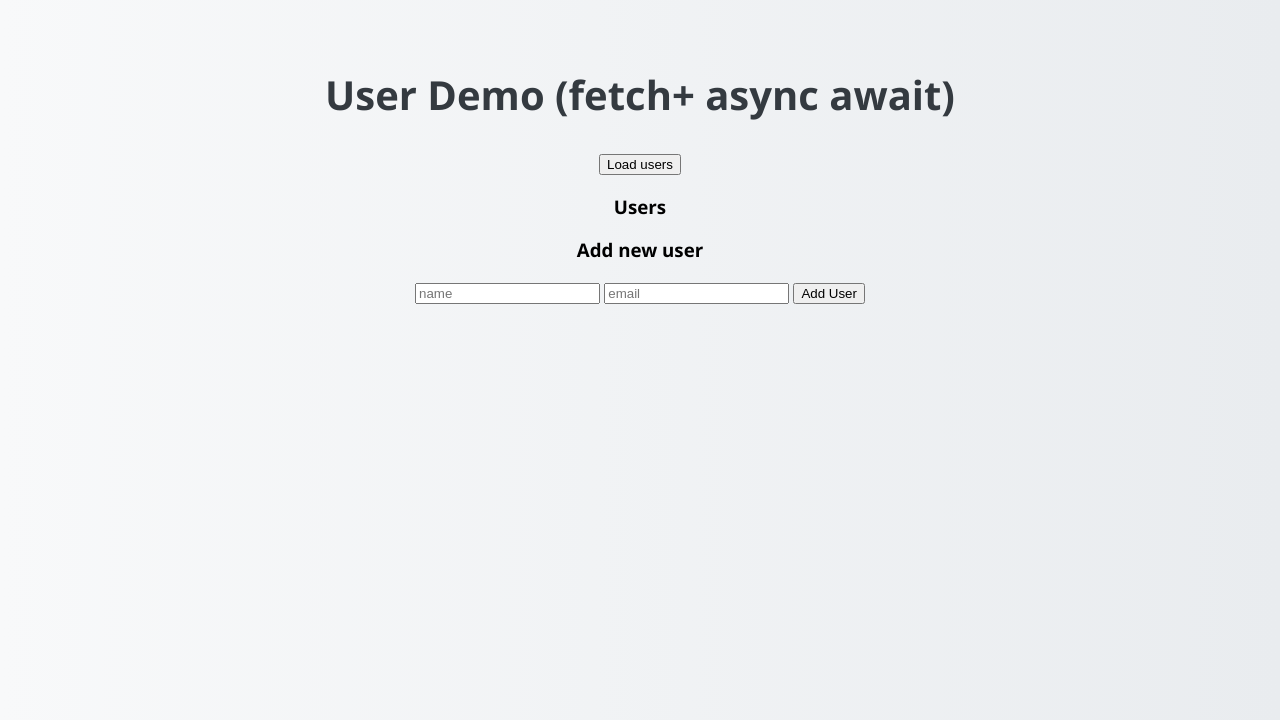
Repository: SiddhantNagaria/Genpact-Training
Page: Java Training/08 first-webmvc/src/main/resources/static/about.html
An editor plug-in stored every save of this project. The page is shown before and after the next save, followed by the edit.
The browser window is 1280 px wide. The pictures show the whole page.

Above is the page before, as saved 2025-11-18 04:47:52.
Console error: TypeError: Cannot read properties of null (reading 'addEventListener')

### Java Training/08 first-webmvc/src/main/resources/static/about.html
<!DOCTYPE html>
<html>
<head>
<meta charset="ISO-8859-1">
<title>User form</title>
<link rel="stylesheet" href="/css/style.css">
</head>
<body>

	<!-- <h1>Welcome to first web page using Spring boot</h1>
	<br> <br>
	<div class="nav-links">
	<a href='/'>Home</a>
	<a href='/form'>Form</a>
	<a href='/formTag'>Form JSP</a>
	<a href='/about'>About</a>
	<a href='/contact'>Contact</a>
	</div> -->

	<!-- <h1>DOM, Events, Query Methods and Listeners</h1>
	<div id="controls">
		<button id="btn-hello" class="btn">Say Hello</button>
		<button id="btn-add" class="btn">Add Item</button>
		<button id="btn-toggle" class="btn">Toggle Input</button>
	</div>

	<form id="demo-form">
		<label for="text-input">Input Something</label> <input id="text-input"
			type="text" />
		<button id="submit-btn" class="btn" type="submit">Submit</button>
	</form>
	<ul id="items-list">
		<li class="item">Item A</li>
		<li class="item">Item B</li>
	</ul>



	<div id="Todo">
		<h2>To Do List</h2>
		<input type="text" id="todoInput" placeholder="type task" />
		<button onClick="addTodo()">Add</button>
		<ul id="todoList">
			<li class="todoItem">Task A</li>
		</ul>
	</div>

		<div class="log" id="log"></div>
 -->




	<h1>User Demo (fetch+ async await)</h1>
	<button id="btnLoad">Load users</button>
	<div id="status"></div>
	<h3>Users</h3>
	<ul id="userslist"></ul>

	<h3>Add new user</h3>

	<form action="" id="addForm">
		<input id="name" type="text" placeholder="name" required> <input
			id="email" type="email" placeholder="email" required>
		<button type="submit">Add User</button>
	</form>

	<div id="result"></div>

	<script src="js/app2.js"></script>
</body>
</html>

### Java Training/08 first-webmvc/src/main/resources/static/css/style.css
body {
	font-family: 'Segoe UI', Tahoma, Geneva, Verdana, sans-serif;
	background: linear-gradient(to right, #f8f9fa, #e9ecef);
	margin: 0;
	padding: 40px;
	text-align: center;
}

h1 {
	color: #343a40;
	font-size: 2.5em;
	margin-bottom: 30px;
}

.nav-links {
	display: flex;
	justify-content: center;
	gap: 20px;
	margin-top: 20px;
}

.nav-links a {
	text-decoration: none;
	padding: 12px 24px;
	background-color: #007bff;
	color: white;
	border-radius: 8px;
	transition: background-color 0.3s ease;
	font-weight: bold;
}

.nav-links a:hover {
	background-color: #0056b3;
}

.contact-form {
	background-color: #ffffff;
	padding: 30px 40px;
	border-radius: 10px;
	box-shadow: 0 4px 12px rgba(0, 0, 0, 0.1);
	width: 100%;
	max-width: 500px;
	position: relative;
}

.contact-form h2 {
	margin-bottom: 20px;
	color: #333;
	text-align: center;
}

.contact-form label {
	display: block;
	margin-bottom: 8px;
	font-weight: bold;
	color: #555;
}

.contact-form input {
	width: 100%;
	padding: 10px;
	margin-bottom: 20px;
	border: 1px solid #ccc;
	border-radius: 6px;
	font-size: 14px;
}

.contact-form button {
	width: 100%;
	padding: 12px;
	background-color: #007bff;
	color: white;
	border: none;
	border-radius: 6px;
	font-size: 16px;
	cursor: pointer;
	transition: background-color 0.3s ease;
}

.contact-form button:hover {
	background-color: #0056b3;
}

.contact-form a {
	color: #007bff;
	text-decoration: none;
}

.contact-form a:hover {
	text-decoration: underline;
}

### Java Training/08 first-webmvc/src/main/resources/static/js/app2.js
/*

	DOM = Document object model

	tree like representation of the html document , - the browser build when it loads the page.
	every html element becomes a node
	Js can read and modify the DOM to change content, structure and style while the page is running

DOM in JS - programming interface for web based documents
	- where each object corresponds to a part of the document - element , attributetext

enabling interactive and dynamic web features

QUery methods - access DOM nodes

*/

document.getElementById
document.getElementsByTagName
document.getElementsByClassName
document.querySelector
document.querySelectorAll

/*
Events -  action that happen in the browser - click, input, submit, mouseover
- event occur - the browser creates an event object => sent to event handlers
*/


/*

event.type		//type of element
event.target 	//actual elemnt that triggered the event
event.currentTarget		//element the handler is attached to
event.preventDefault	// prevent the browser default action
event.stopPropagation			// stop the event moving further


*/
//Event Listeners :

const btnHello = document.getElementById('btn-hello');
const btnAdd = document.querySelector('#btn-add');
const btnToggle = document.querySelector("#btn-toggle");
const form = document.getElementById('demo-form');
const input = document.getElementById('text-input');
const itemList = document.getElementById('items-list');
const log = document.getElementById('log');
const items = document.querySelectorAll('#items-list.item');


function appendLog(message) {
	const time = new Date().toLocaleTimeString();
	log.textContent += `\n[${time} ${message}]\n`;
	log.scrollTop = log.scrollHeight;	// log auto -scrolls
}


//Event listeners

// 	1. hello button click event
btnHello.addEventListener('click', function(ev) {
	appendLog('Hello button clicked');
	alert("Hello from hello button");
});

//	2. Add Item Button - dynamically add list items
btnAdd.addEventListener('click', function(ev) {
	const li = document.createElement("li");
	li.className = 'item';
	li.textContent = 'item' + (itemList.children.length + 1);
	itemList.appendChild(li);
	appendLog('Added : ' + li.textContent);
});

//	3. Toggle (show hide) input visibility

btnToggle.addEventListener('click', () => {
	/*if (input.classList.contains('hidden')) {
		input.classList.remove('hidden');
		appendLog('input shown');
	} else {
		input.classList.add('hidden');
		appendLog('input hidden');
	}*/
	if (input.style.display === 'none') {
		input.style.display = 'inline-block';
		appendLog('input shown');
	}
	else {
		input.style.display = 'none';
		appendLog('input hidden');
	}
});

// 4. submit - form submit preventDefault
form.addEventListener('submit', function(event) {
	event.preventDefault();
	const value = input.value.trim();
	if (value) {
		appendLog('form submitted with ' + value);
		input.value = "";
	} else {
		appendLog("form submitted with empty input");
	}
})



/////////////////////////////////////////////////////////////////////////////

//Assignment -  To Do List
// input box - user type task
// add task button
// task get added in a list
// for every item, there should be a delete button

function addTodo() {
	const todoInput = document.getElementById("todoInput");
	const todoText = todoInput.value.trim();
	if (!todoText) { alert("add a input"); return; }
	const todoList = document.getElementById("todoList");
	const listItem = document.createElement("li");
	listItem.className = "todoItem";
	listItem.textContent = todoText;
	todoList.appendChild(listItem);
	todoInput.value = ""; // clear input
	todoInput.focus();

	const deleteBtn = document.createElement("button");
	deleteBtn.textContent = "Delete";
	listItem.appendChild(deleteBtn);
	deleteBtn.onclick = () => listItem.remove();
	todoList.appendChild(listItem);
	todoInput.value = "";
	todoInput.focus();



}

After the next save:
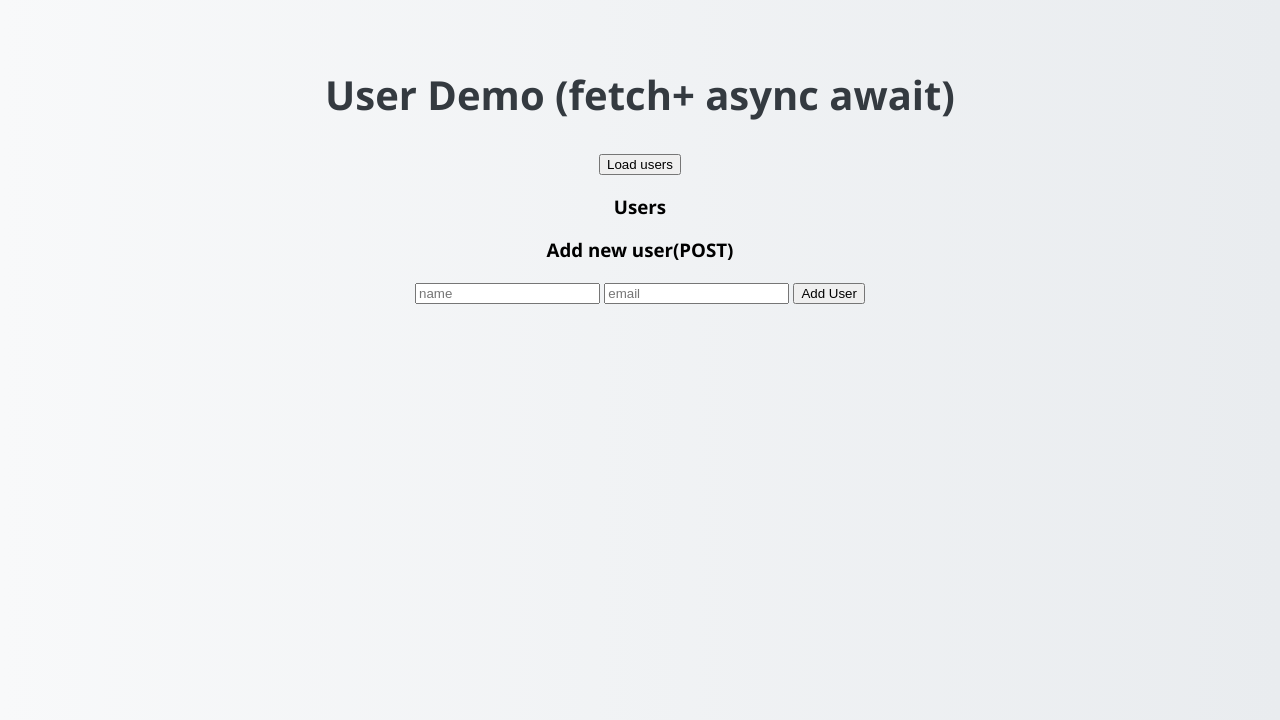
Saved 53 s later.
--- a/Java Training/08 first-webmvc/src/main/resources/static/about.html
+++ b/Java Training/08 first-webmvc/src/main/resources/static/about.html
@@ -57,7 +57,7 @@
 	<h3>Users</h3>
 	<ul id="userslist"></ul>
 
-	<h3>Add new user</h3>
+	<h3>Add new user(POST)</h3>
 
 	<form action="" id="addForm">
 		<input id="name" type="text" placeholder="name" required> <input
